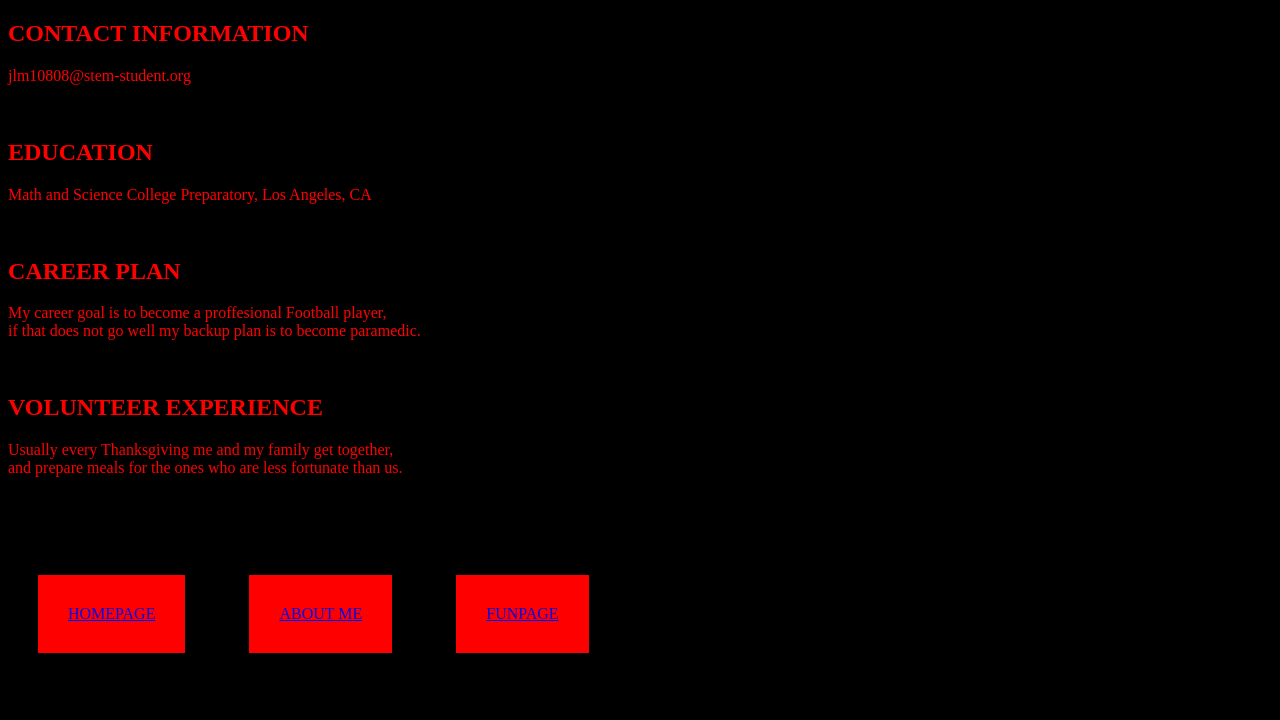
Repository: jlm10808/jlm10808.github.io
Page: RESUME.html
The author's editor kept a record of every edit. The page is drawn from the files as they stood at one moment, then again after the next edit.
The browser window is 1280 px wide. The pictures show the whole page.

Above is the page before.

After the next edit:
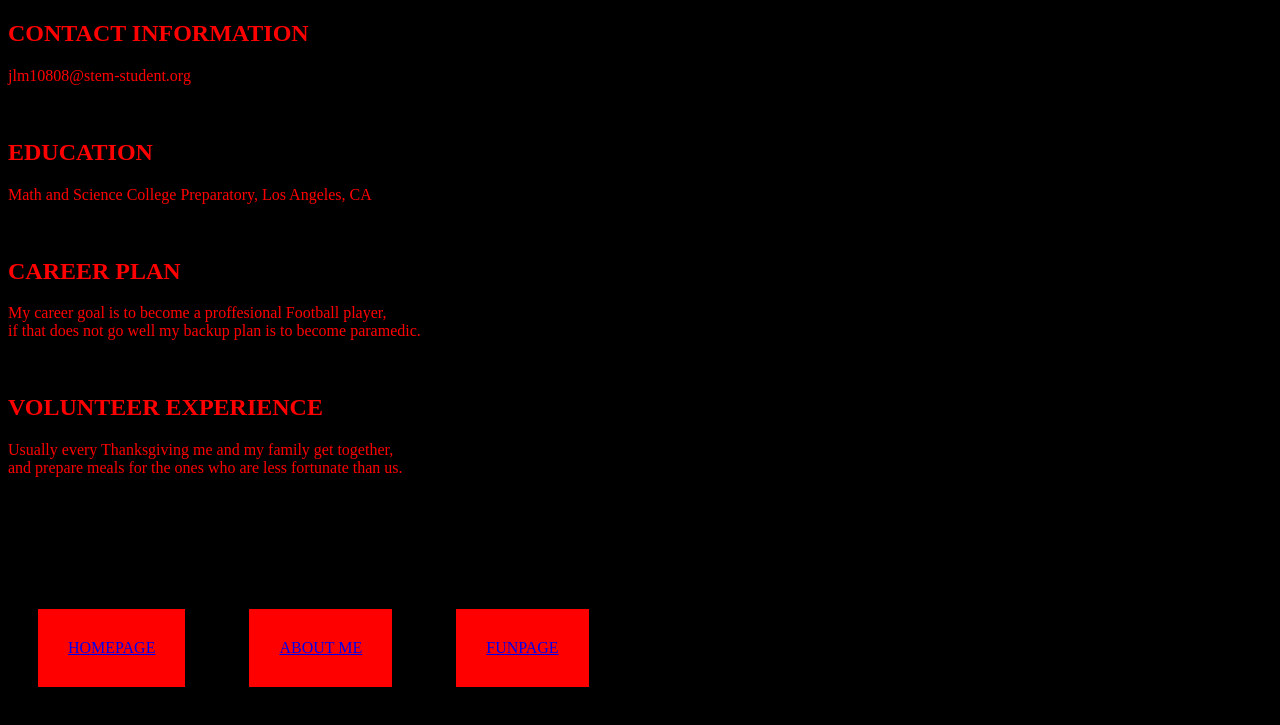
The edit:
--- a/RESUME.html
+++ b/RESUME.html
@@ -15,7 +15,7 @@
 <p>My career goal is to become a proffesional Football player,<br> if that does not go well my backup plan is to become paramedic.</p><br>
 
   <h2>VOLUNTEER EXPERIENCE</h2>
-  <p>Usually every Thanksgiving me and my family get together,<br> and prepare meals for the ones who are less fortunate than us.</p>
+  <p>Usually every Thanksgiving me and my family get together,<br> and prepare meals for the ones who are less fortunate than us.</p><br>
 
 
   <ul>
